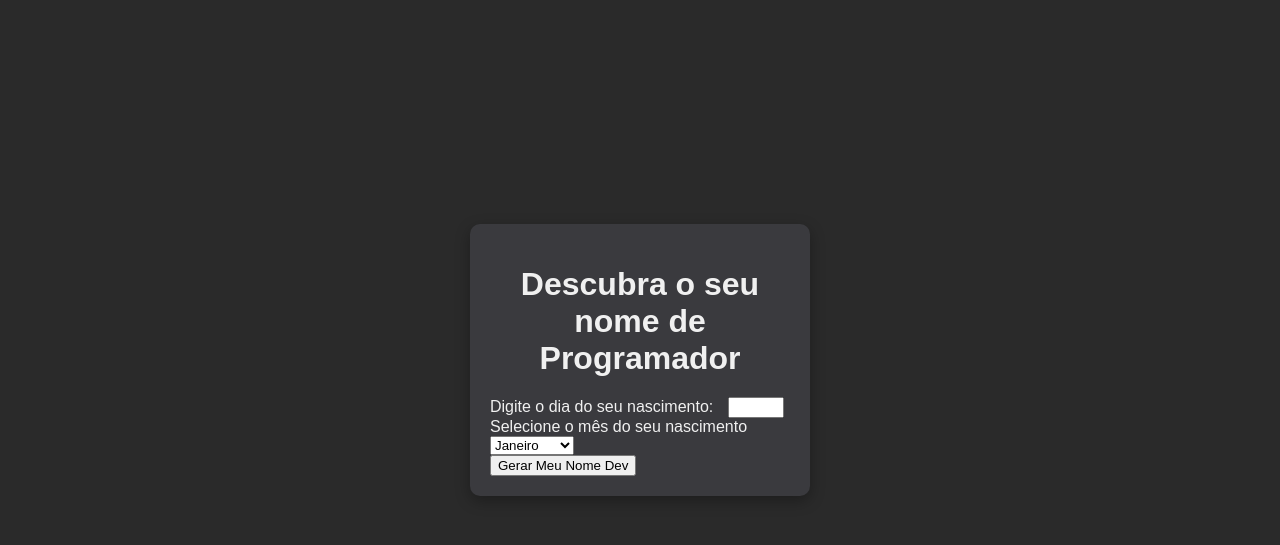
Repository: analessp/seu-nome-dev
Page: index.html
The author's editor kept a copy of each file at every save. The page is drawn from the files as they stood at one save, then again after a run of saves.
The browser window is 1280 px wide. The pictures show the whole page.

Above is the page before, as saved 2025-05-13 11:29:41.

After the next 3 saves:
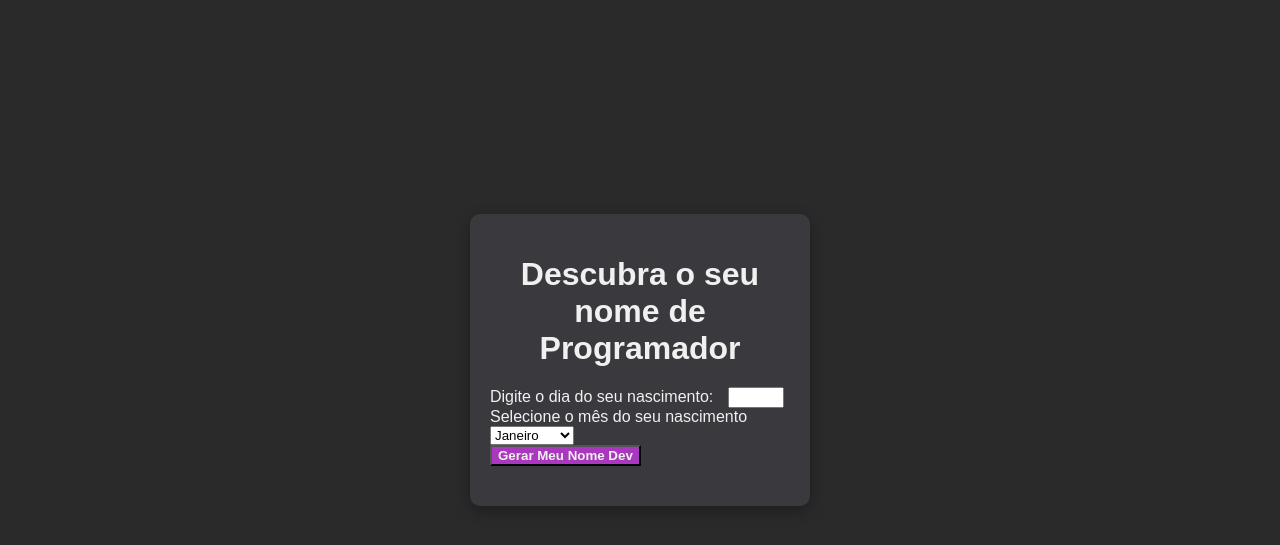
The 3 saves are shown as one change because they came seconds apart.
The last was saved 11 s later.
--- a/styles.css
+++ b/styles.css
@@ -29,7 +29,8 @@ h1 {
 }
 
 .form-group input,
-.form-group input,{
+.form-group select, {
+}
 
 button {
     background-color: #aa38be;
